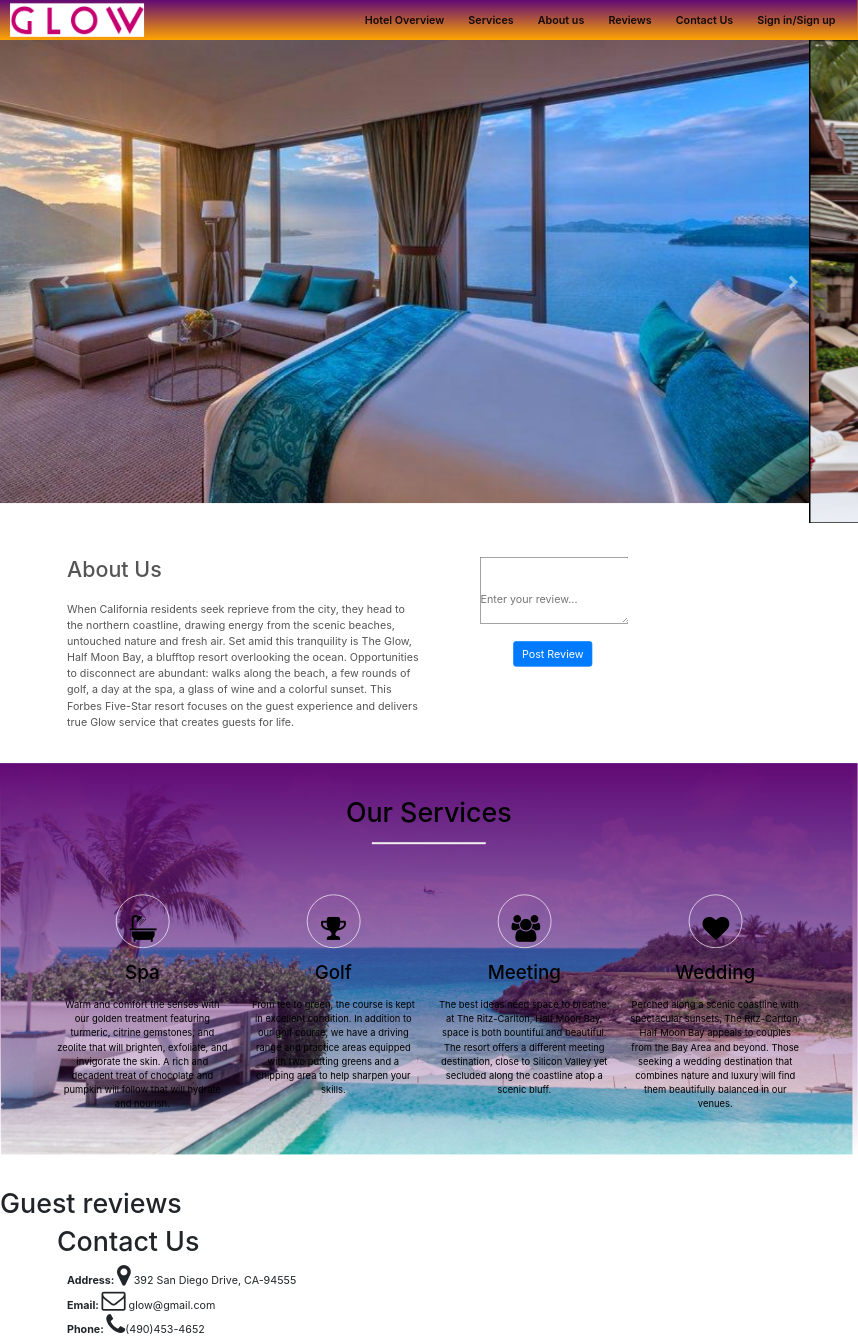
Repository: M-p1998/solo-dojo-project
Page: http://localhost/hotel/WEB-INF/hotel/home.jsp
An editor plug-in stored every save of this project. The page is shown before and after the next save, followed by the edit.
The browser window is 1280 px wide. The pictures show the whole page, at 67% of full size.
Backgrounds fixed to the window are drawn as part of the page. Some web libraries are served in a nearby version. The page is served by Tomcat 9. Nobody is signed in. Other server files are loaded and not shown. The template is opened directly, without the code that normally fills it, so the values that code supplies are empty.

Above is the page before, as saved 2022-02-13 18:40:02.

### hotel/src/main/webapp/WEB-INF/hotel/home.jsp
<%@ page language="java" contentType="text/html; charset=UTF-8"
	pageEncoding="UTF-8"%>
<%@ taglib prefix="c" uri="http://java.sun.com/jsp/jstl/core"%>
<%@ taglib prefix="form" uri="http://www.springframework.org/tags/form"%>
<!DOCTYPE html>
<html>
<head>
<meta charset="UTF-8">

<link href="/css/home.css" rel="stylesheet" type="text/css">
<link rel="stylesheet"
	href="https://stackpath.bootstrapcdn.com/bootstrap/4.3.1/css/bootstrap.min.css">
<script src="https://code.jquery.com/jquery-3.2.1.slim.min.js"></script>
<script
	src="https://cdnjs.cloudflare.com/ajax/libs/popper.js/1.12.9/umd/popper.min.js"></script>
<script
	src="https://maxcdn.bootstrapcdn.com/bootstrap/4.0.0/js/bootstrap.min.js"></script>
<link rel="stylesheet"
	href="https://stackpath.bootstrapcdn.com/font-awesome/4.7.0/css/font-awesome.min.css">

<title>Hotel Glow</title>
</head>
<body>

	<section id="nav-bar">
		<nav class="navbar navbar-expand-lg navbar-light">
			<div class="container-fluid">
				<a class="navbar-brand" href="#"><img src="/image/hotelLogo.png"
					width="200" height="50"></a>

				<div class="collapse navbar-collapse" id="navbarNav">
					<ul class="navbar-nav ml-auto">
						<li class="nav-item active "><a class="nav-link" href="#">Hotel
								Overview</a></li>
						<li class="nav-item active "><a class="nav-link"
							href="#services">Services</a></li>
						<li class="nav-item active"><a class="nav-link" href="#about">About
								us</a></li>
						<li class="nav-item active"><a class="nav-link"
							href="#reviews">Reviews</a></li>
						<li class="nav-item active"><a class="nav-link"
							href="#contact">Contact Us</a></li>
						<li class="nav-item active"><a class="nav-link"
							href="/registration">Sign in/Sign up</a></li>
					</ul>
				</div>
			</div>
		</nav>
	</section>

	<div id="slider">
		<div id="headerSlider" class="carousel slide" data-ride="carousel">
			<ol class="carousel-indicators">
				<li data-target="#headerSlider" data-slide-to="0"></li>
				<li data-target="#headerSlider" data-slide-to="1"></li>
				<li data-target="#headerSlider" data-slide-to="2"></li>
			</ol>
			<div class="carousel-inner">
				<div class="carousel-item active">
					<img src="/image/img2.jpg" class="d-block w-100">
				</div>
				<div class="carousel-item">
					<img src="/image/img3.jpg" class="d-block w-100">
				</div>
				<div class="carousel-item">
					<img src="/image/h4.jpg" class="d-block w-100">
				</div>
			</div>
			<a class="carousel-control-prev" role="button" href="#headerSlider"
				data-slide="prev"> <span class="carousel-control-prev-icon"
				aria-hidden="true"></span> <span class="sr-only">Previous</span>
			</a> <a class="carousel-control-next" role="button" href="#headerSlider"
				data-slide="next"> <span class="carousel-control-next-icon"
				aria-hidden="true"></span> <span class="sr-only">Next</span>
			</a>
		</div>
	</div>

	<section id="about">
		<div class="container">
			<div class="d-flex">
				<div class="col-md-6">
					<h2>About Us</h2>
					<div class="about-content">When California residents seek
						reprieve from the city, they head to the northern coastline,
						drawing energy from the scenic beaches, untouched nature and fresh
						air. Set amid this tranquility is The Glow, Half Moon Bay, a
						blufftop resort overlooking the ocean. Opportunities to disconnect
						are abundant: walks along the beach, a few rounds of golf, a day
						at the spa, a glass of wine and a colorful sunset. This Forbes
						Five-Star resort focuses on the guest experience and delivers true
						Glow service that creates guests for life.</div>
				</div>
				<div class="col-md-4 text-center">
					<form:form action="/createReviews" method="post"
						modelAttribute="PostAReview">
						<form:label path="reviews"></form:label>
						<form:errors path="reviews" class="text-danger"
							style="font-size: 20px" />
						<form:textarea class="textarea" placeholder="Enter your review..."
							path="reviews" />
						<a href="/reviews"><button class="reviewBtn btn btn-primary">Post
								Review</button></a>
					</form:form>
				</div>
			</div>
		</div>
	</section>

	<!-- services -->
	<section id="services">
		<div class="container">
			<h1>Our Services</h1>
			<div class="row services">
				<div class="col-md-3 text-center">
					<div class="icon">
						<i class="fa fa-bath"></i>
					</div>
					<h3>Spa</h3>
					<p>Warm and comfort the senses with our golden treatment
						featuring turmeric, citrine gemstones, and zeolite that will
						brighten, exfoliate, and invigorate the skin. A rich and decadent
						treat of chocolate and pumpkin will follow that will hydrate and
						nourish.</p>
				</div>
				<div class="col-md-3 text-center">
					<div class="icon">
						<i class="fa fa-trophy"></i>
					</div>
					<h3>Golf</h3>
					<p>From tee to green, the course is kept in excellent
						condition. In addition to our golf course, we have a driving range
						and practice areas equipped with two putting greens and a chipping
						area to help sharpen your skills.</p>
				</div>
				<div class="col-md-3 text-center">
					<div class="icon">
						<i class="fa fa-users"></i>
					</div>
					<h3>Meeting</h3>
					<p>The best ideas need space to breathe; at The Ritz-Carlton,
						Half Moon Bay, space is both bountiful and beautiful. The resort
						offers a different meeting destination, close to Silicon Valley
						yet secluded along the coastline atop a scenic bluff.</p>
				</div>
				<div class="col-md-3 text-center">
					<div class="icon">
						<i class="fa fa-heart"></i>
					</div>
					<h3>Wedding</h3>
					<p>Perched along a scenic coastline with spectacular sunsets,
						The Ritz-Carlton, Half Moon Bay appeals to couples from the Bay
						Area and beyond. Those seeking a wedding destination that combines
						nature and luxury will find them beautifully balanced in our
						venues. </p>
				</div>
			</div>
		</div>
	</section>

	<section id="reviews">
		<h1>Guest reviews</h1>
		<div class="d-flex">
			<div class="hero">
				<div class="review-box">
					<div id="slide">
						<c:forEach items="${write}" var="review">
							<div class="card">
								<p>${review.reviews}</p>
							</div>
						</c:forEach>
					</div>

					<div class="sidebar">
						<img src="/image/up-arrow.png" id="upArrow"> <img
							src="/image/down-arrow.png" id="downArrow">
					</div>
				</div>


			</div>
		</div>
	</section>

	<section id="contact">
		<div class="container">
			<h1>Contact Us</h1>
			<div class="col-md-6 contact-info">
				<div class="follow">
					<b>Address: </b> <i class="fa fa-map-marker"
						style="font-size: 36px"></i> 392 San Diego Drive, CA-94555
				</div>
				<div class="follow">
					<b>Email: </b> <i class="fa fa-envelope-o" style="font-size: 36px"></i>
					glow@gmail.com
				</div>
				<div class="follow">
					<b>Phone: </b> <i class="fa fa-phone" style="font-size: 36px"></i>(490)453-4652
				</div>
			</div>
		</div>
	</section>

	<script
		src="https://cdnjs.cloudflare.com/ajax/libs/jquery/3.6.0/jquery.min.js"></script>
	<script src="/js/main.js"></script>

	<script>
		var slide = document.getElementById("slide");
		var upArrow = document.getElementById("upArrow");
		var downArrow = document.getElementById("downArrow");

		let x = 0;

		upArrow.onclick = function() {
			if (x > "-4000") {
				x = x - 300;
				slide.style.top = x + "px";
			}
		}

		downArrow.onclick = function() {
			if (x < 0) {
				x = x + 300;
				slide.style.top = x + "px";
			}
		}
	</script>

</body>
</html>

### hotel/src/main/webapp/css/home.css
@charset "UTF-8";

*{
	margin: 0;
	padding: 0;


}

body{
	font-family: sans-serif;
}

#nav-bar{
	position: sticky;
	top: 0;
	z-index: 10;

}

.navbar{
	background-image: linear-gradient(rgba(98, 10, 117),  rgba(0,0,255,0));
	padding: 0!important;
	background-color: orange;
}

.navbar-nav li{
	padding: 0 10px;
}

.navbar-nav li a{
	color: black;
	font-weight: 600;
	float: right;
	text-align: left;
}

#nav-bar ul li a:hover{
	color: orange !important;
}

.fa-bars{
	color: #fff;
	font-size: 30px !important;
}

.navbar-toggler{
	outline: none !important;
}

/*-----about --------*/
#about{
	padding-top:50px;
	padding-bottom: 50px;
	color: #555;
}

#about .btn{
	margin-top: 20px;
	margin-bottom: 30px;
}

.about-content{
	padding-top: 20px;

}

/* --- services ----*/
#services{
	background-image: linear-gradient(rgba(98, 10, 117), rgba(0,0,255,0)), url(/image/backimage.jpg);
	background-size: cover;
	background-position: center;
	color: black !important;
	background-attachment: fixed;
	padding-top: 50px;
	padding-bottom: 50px;
}

#services h1{
	text-align: center;
	color: black !important;
	padding-bottom: 10px;
}

#services h1::after{
	content: '';
	background: #efefef;
	display: block;
	height: 3px;
	width: 170px;
	margin: 20px auto 5px;
}

.services{
	margin-top: 40px;
}

.icon{
	font-size: 40px;
	margin: 20px auto;
	padding: 20px;
	height: 80px;
	width: 80px;
	border: 1px solid #fff;
	border-radius: 50%;
}

#services p{
	font-size: 14px;
	margin-top: 20px;
	color: black solid;

}
.services .col-md-3:hover{
	background: pink;
	cursor: pointer;
	transition: 0.7s;
}

#reviews{
	padding-top: 50px;

}

/* .skills-bar p{
	margin-bottom: 6px;
	font-weight: 600;
}

.progress-bar{
	border-radius: 16px;

}
.progress{
	border-radius: 16px !important;
	margin-bottom: 20px;
} */
/*--------------*/
/* #slider{
	width: 100%;
} */
/* .carousel-caption{
	top: 50%;
	transform: translateY(-50%);
	bottom: initial!important;
} */

### hotel/src/main/webapp/js/main.js

var indexValue= 1;
showImg(indexValue);

function side_slide(e){
	showImg(indexValue += e);
}
function showImg(e){
	var i;
	const img = document.querySelectorAll('img');
	if(e > img.length){
		indexValue = 1
	}
	if(e < 1){
		indexValue = img.length
	}
	for(i = 0; i<img.length; i++){
		img[i].style.display = "none";
	}
	img[indexValue - 1].style.display = "block";
}

After the next save:
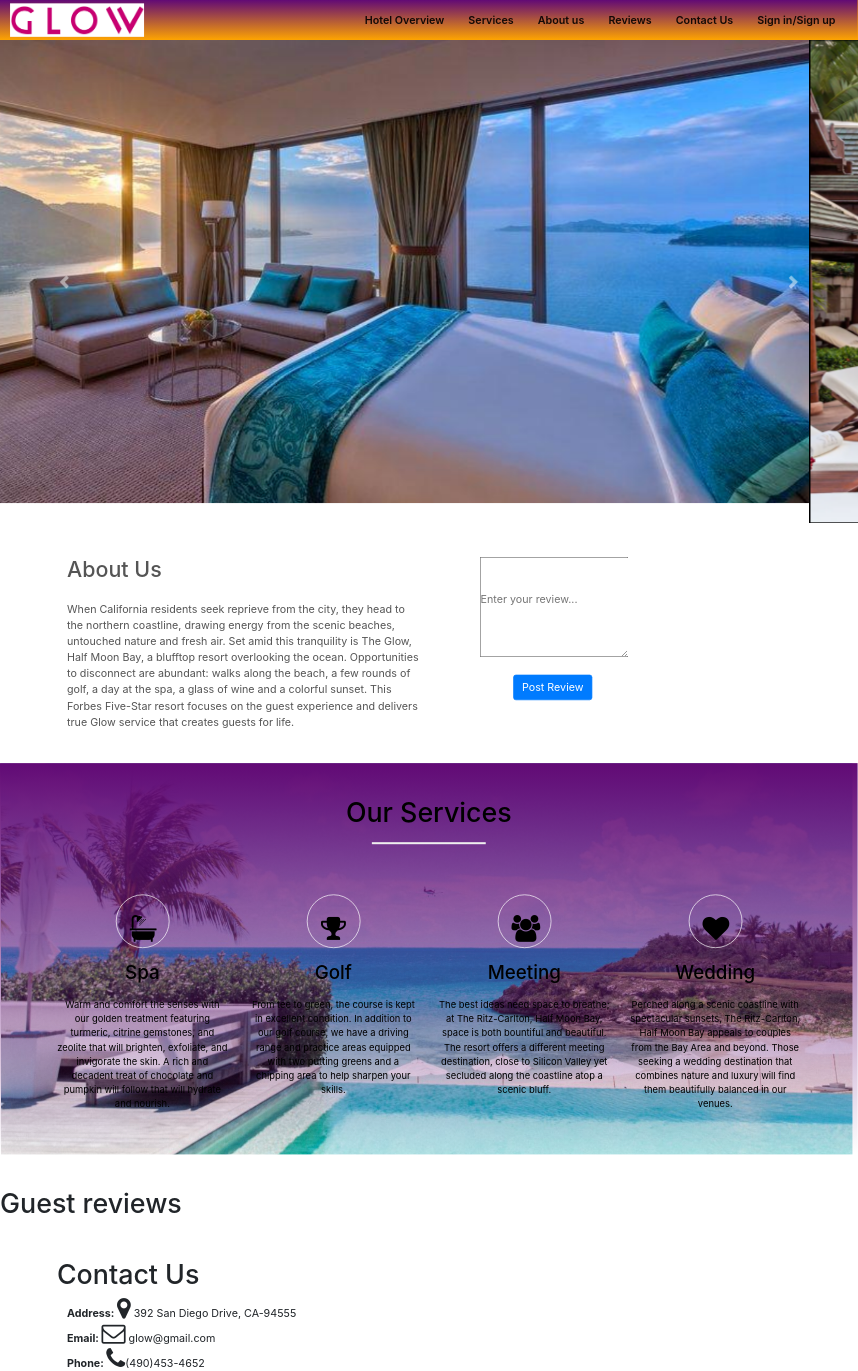
Saved 25 s later.
--- a/hotel/src/main/webapp/css/home.css
+++ b/hotel/src/main/webapp/css/home.css
@@ -119,7 +119,7 @@ body{
 
 #reviews{
 	padding-top: 50px;
-
+	padding-bottom: 50px;
 }
 
 /* .skills-bar p{
